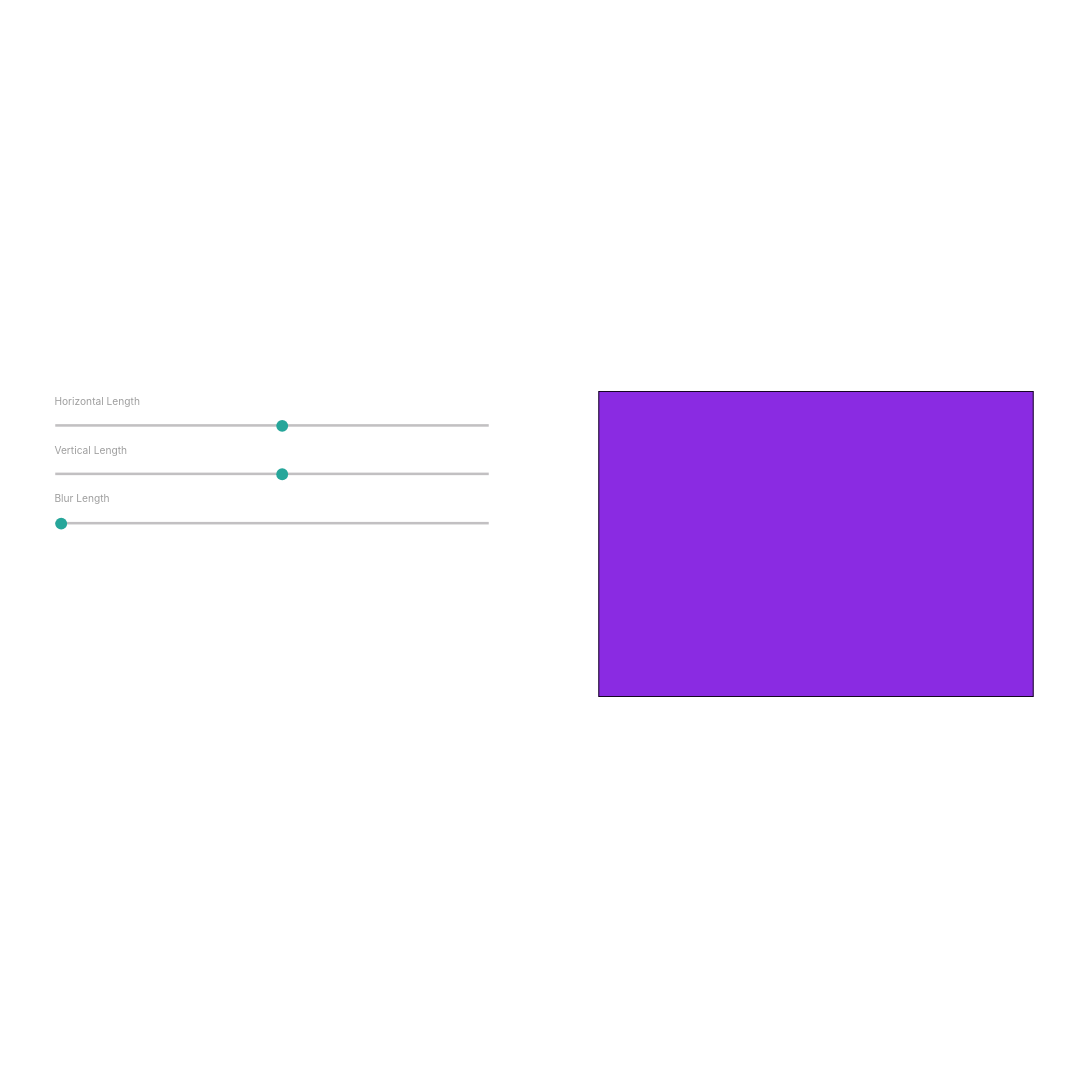
Repository: imrvj/Box-Shadow
Page: /
These files come from the project's save history. The page is drawn as it stood at one moment and after the next save; the edit follows.
The browser window is 1280 px wide. The pictures show the whole page, at 85% of full size.
The project was rebuilt for these pictures with package versions that can differ from the ones it lists, and the page was loaded fresh each time.

Above is the page before, as saved 2020-02-19 23:23:55.

After the next save:
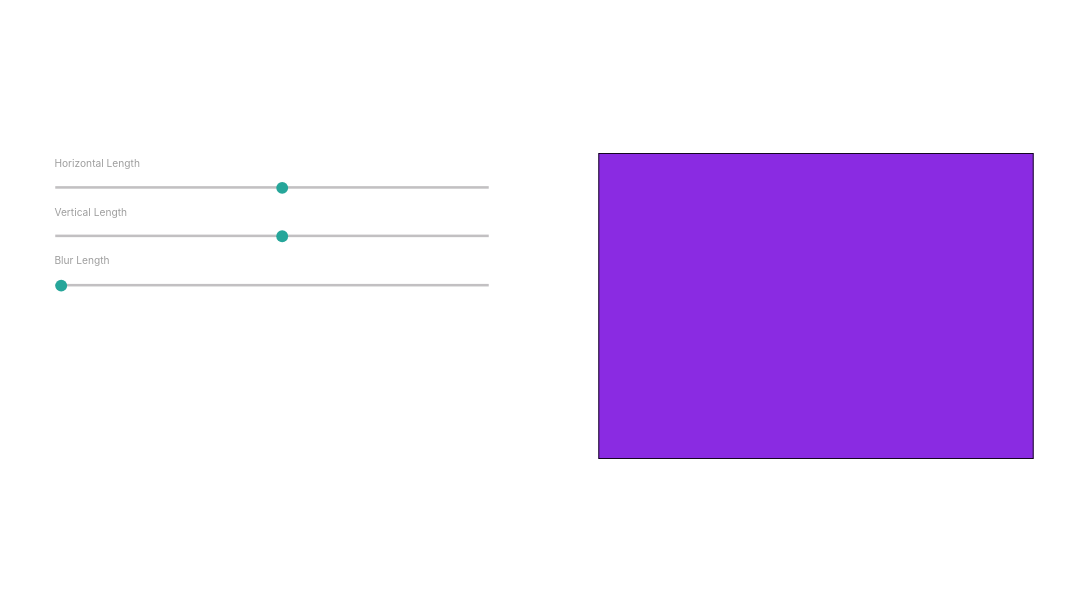
Saved 16 s later.
--- a/src/App.css
+++ b/src/App.css
@@ -2,7 +2,7 @@
 {
     display: flex;
     justify-content: space-around;
-    height: 100vw;
+    height: 100vh;
     align-items: center;
 }
 
